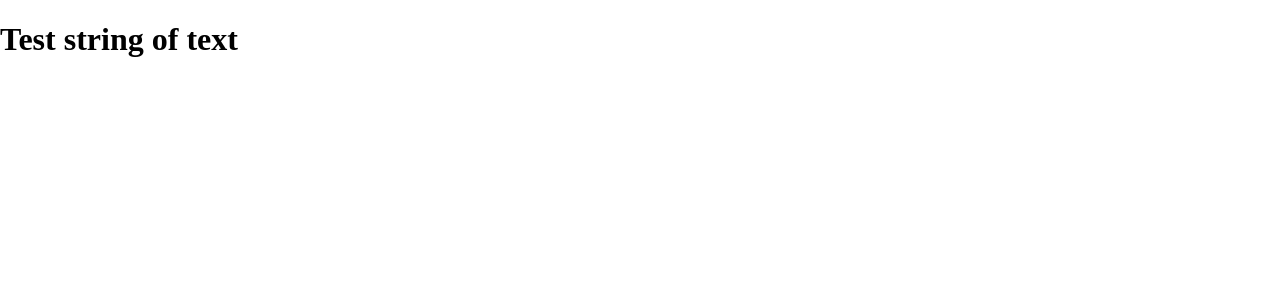
Repository: WesleyErasmus/Netflix-Clone-Vue.js-2022
Page: netflix-clone.html
The author's editor kept a copy of each file at every save. The page is drawn from the files as they stood at one save, then again after the next save.
The browser window is 1280 px wide. The pictures show the whole page.

Above is the page before, as saved 2022-07-11 17:18:32.

### netflix-clone.html
<!DOCTYPE html>
<html lang="en">
<head>
    <meta charset="UTF-8">
    <meta http-equiv="X-UA-Compatible" content="IE=edge">
    <meta name="viewport" content="width=device-width, initial-scale=1.0">
    <title>Netflix South Africa - Watch TV Shows Online, Watch Movies Online (Clone)</title>
    <link rel="shortcut icon" href="/assets/favicon.ico" type="image/x-icon">
    <link rel="stylesheet" href="/css/netflix-clone.css">
    <script src="/js/netflix-clone.js"></script>
</head>
<body>
    <h1>Test string of text</h1>
</body>
</html>

### css/netflix-clone.css
@import url('https://fonts.googleapis.com/css2?family=Arimo&family=Open+Sans&display=swap');

/* font-family: 'Arimo', sans-serif;
font-family: 'Open Sans', sans-serif; */

:root {
    --primary-color: #E5094;
}

* {
    box-sizing: border-box;
}

body {
    margin: 0;
    padding: 0;

}

Loaded but not shown: js/netflix-clone.js (no stored copy; drawn as an empty file)

After the next save:
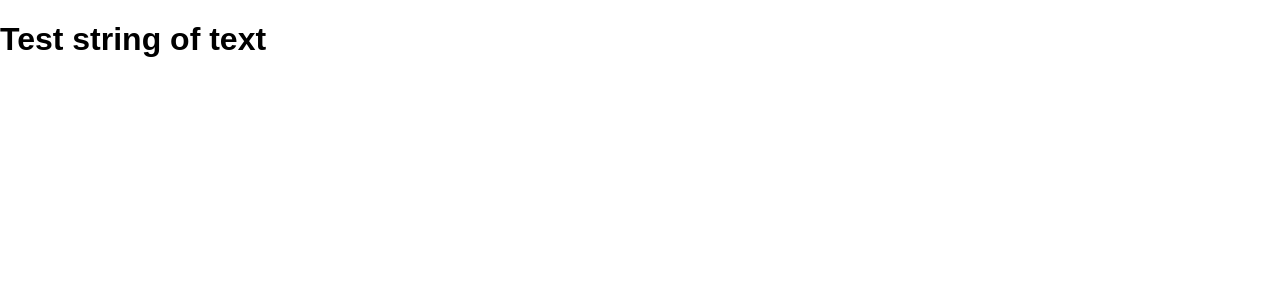
Saved 15 s later.
--- a/css/netflix-clone.css
+++ b/css/netflix-clone.css
@@ -14,5 +14,5 @@
 body {
     margin: 0;
     padding: 0;
-
+    font-family: 'Arimo', sans-serif;
 }
